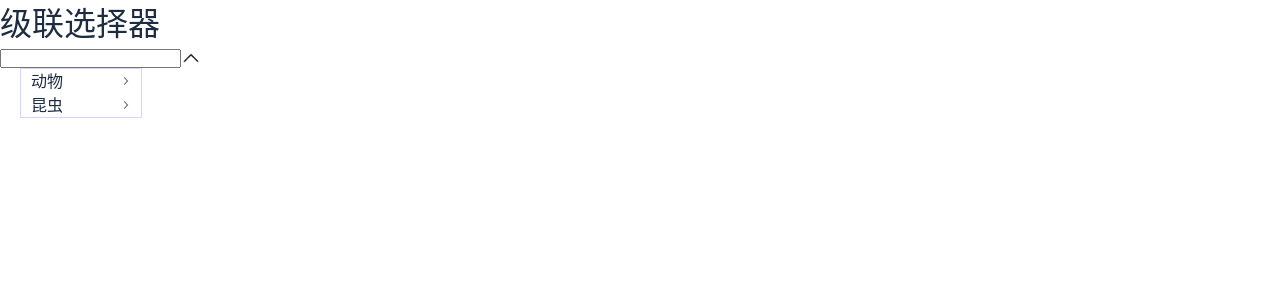
Repository: huming3272/Smile-UI
Page: /
The author's editor kept a copy of each file at every save. The page is drawn from the files as they stood at one save, then again after the next save.
The browser window is 1280 px wide. The pictures show the whole page.
The project was rebuilt for these pictures with package versions that can differ from the ones it lists, and the page was loaded fresh each time. Also part of the build but not shown: src/lib/gulu.scss, src/lib/svg.js, src/components/Topnav.vue, src/views/Home.vue, src/lib/Breadcrumb.vue, src/views/Doc.vue, src/lib/Switch.vue, src/components/Switch/Switch1.demo.vue and 18 more. Imported but missing from the stored project, and not drawn on this page: src/lib/Tabs.vue, src/lib/openDialog.

Above is the page before, as saved 2022-06-05 18:30:45.

After the next save:
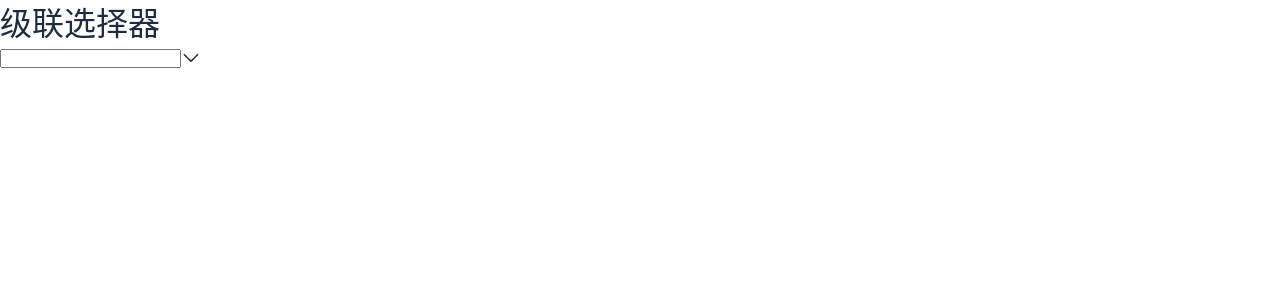
Saved 34 s later.
--- a/src/lib/Cascader.vue
+++ b/src/lib/Cascader.vue
@@ -29,7 +29,7 @@ export default {
   },
   setup() {
     let checkedValue = ref<string>("");
-    let open = ref<boolean>(true);
+    let open = ref<boolean>(false);
     const data = [
       {
         label: "a",
